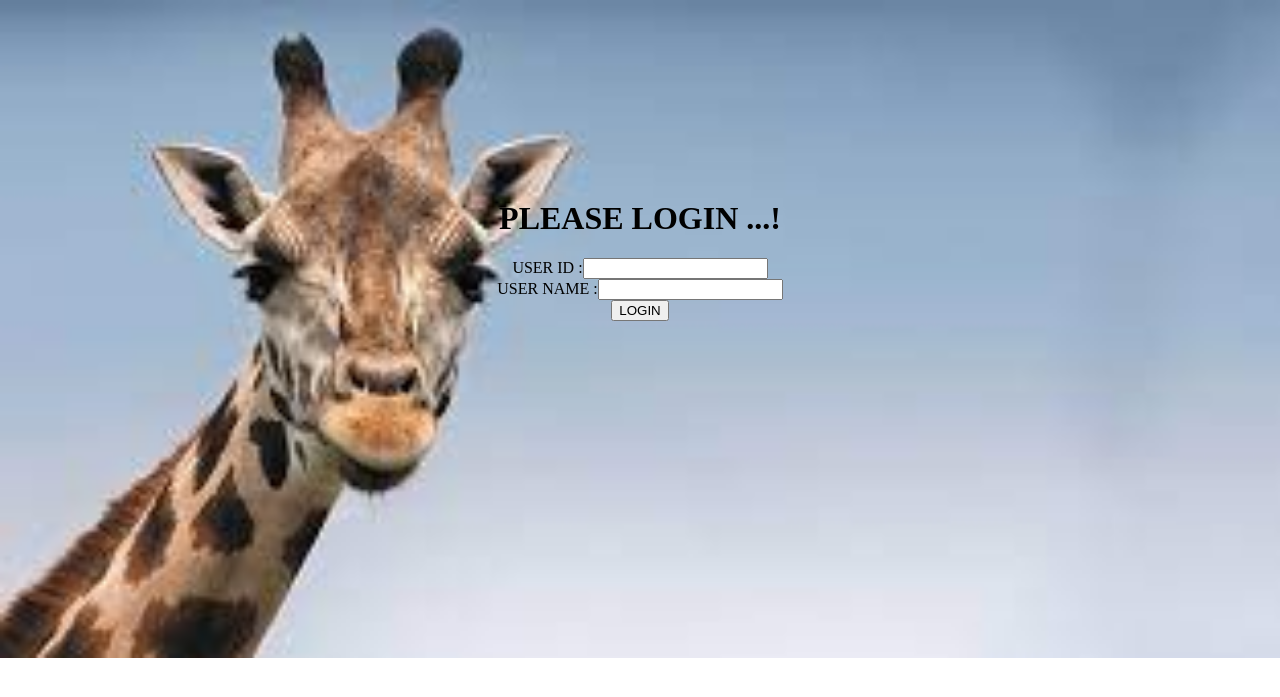
Repository: Thaneshwara848/E-Y
Page: Jdbc-Servlet-Jsp/Webemo5/src/main/webapp/LoginPage.html
These files come from the project's save history. The page is drawn as it stood at one moment and after the next save; the edit follows.
The browser window is 1280 px wide. The pictures show the whole page.

Above is the page before, as saved 2023-05-22 06:39:27.

After the next save:
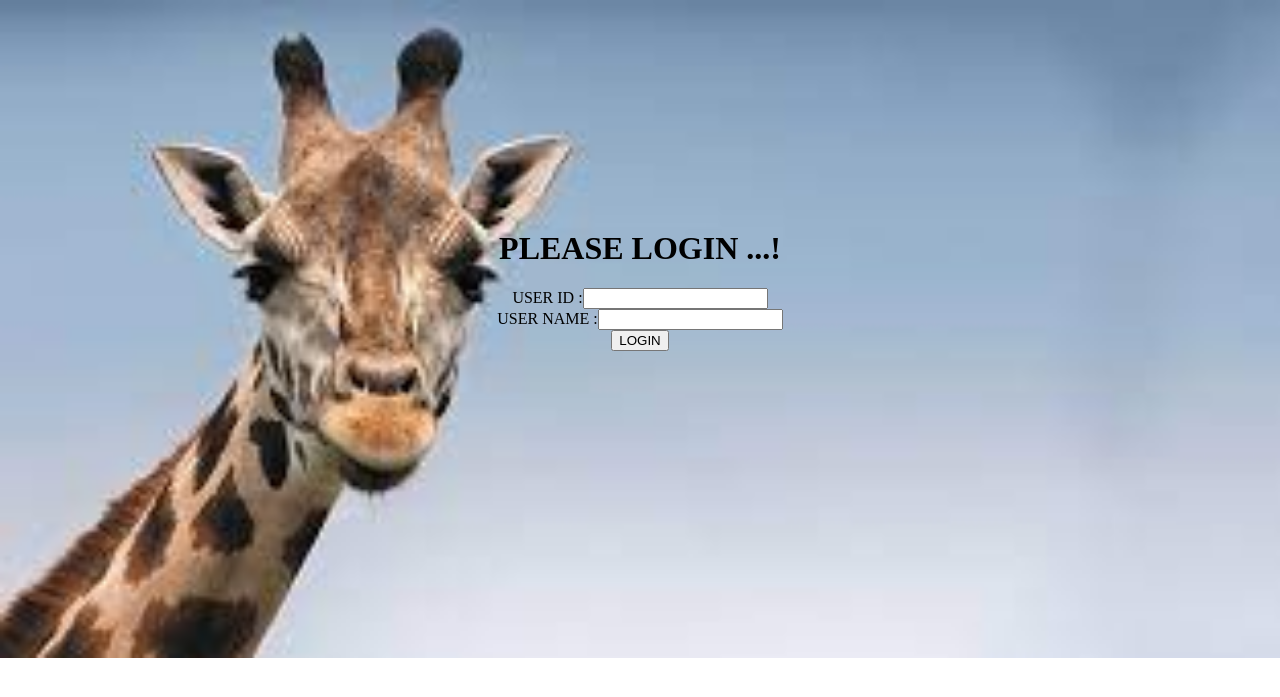
Saved 7 s later.
--- a/Jdbc-Servlet-Jsp/Webemo5/src/main/webapp/LoginPage.html
+++ b/Jdbc-Servlet-Jsp/Webemo5/src/main/webapp/LoginPage.html
@@ -13,7 +13,7 @@
 </style>
 </head>
 <body >
-<div style="text-align: center;margin-top: 200px">
+<div style="text-align: center;margin-top: 230px">
 
 	<form action="Login" method="POST">
 	<h1> PLEASE LOGIN ...!</h1>
